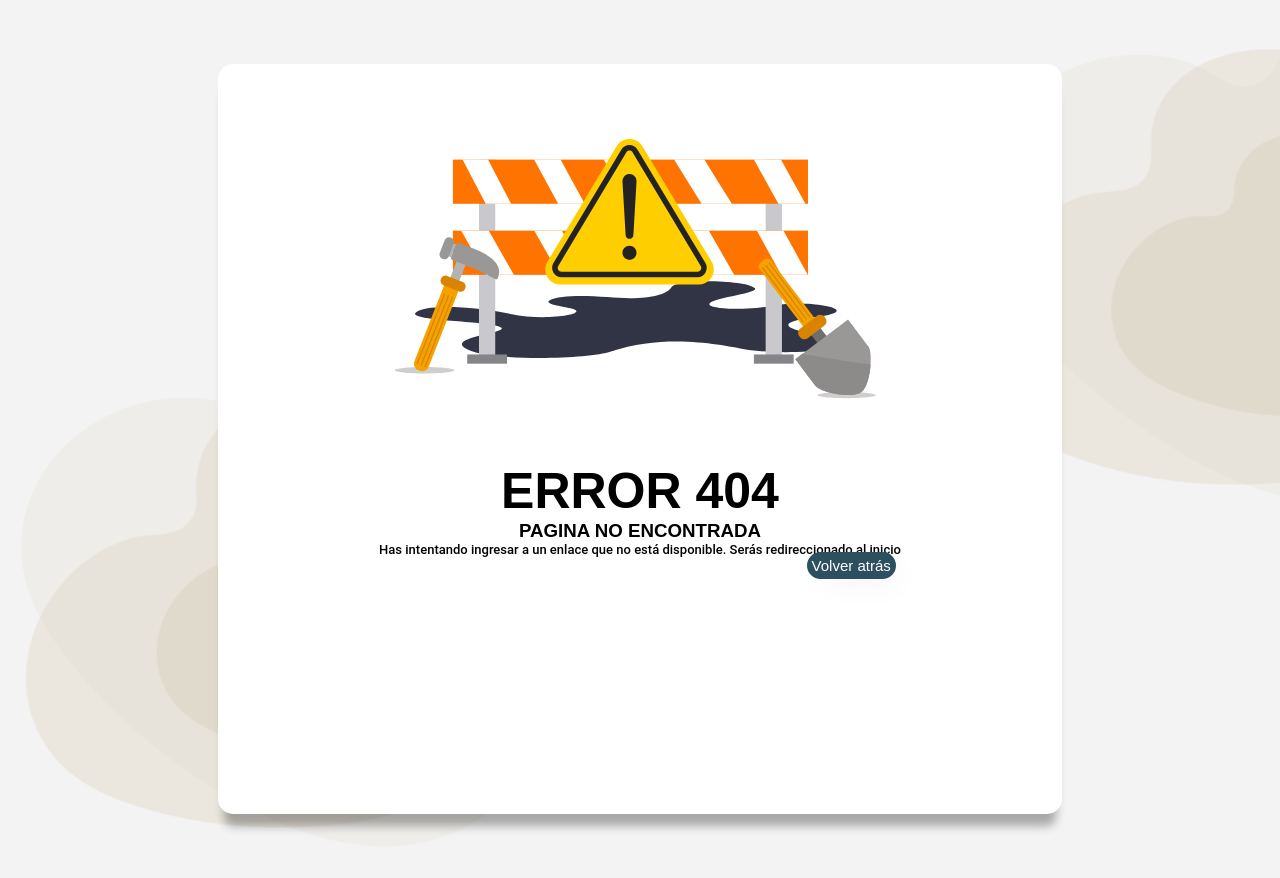
Repository: AlejandraBarrachina23/TPIntegrador_Barrachina_Java
Page: http://localhost/Alejandra_Barrachina_TP_Integrador1/error404.jsp
These files come from the project's save history. The page is drawn as it stood at one moment and after the next save; the edit follows.
The browser window is 1280 px wide. The pictures show the whole page.
Some web libraries are served in a nearby version. The page is served by Tomcat 9. Nobody is signed in. The application's start-up code is not run. Other server files are loaded and not shown.

Above is the page before, as saved 2019-12-04 22:20:01.

### Alejandra_Barrachina_TP_Integrador1/WebContent/error404.jsp

<%@ page language="java" contentType="text/html; charset=ISO-8859-1"
    pageEncoding="ISO-8859-1"%>
<!DOCTYPE html>
<html>
<head>
<meta charset="ISO-8859-1">

<script src="https://kit.fontawesome.com/735f5623c2.js" crossorigin="anonymous"></script>
<link href="estilos.css" type="text/css" rel=stylesheet>
</head>
<body>

<div id="error-404">
		<img src="img/404.svg" alt="icono-advertencia" class="">
		<h2>ERROR 404</h2>
		<h3>PAGINA NO ENCONTRADA</h3>
		<p>Has intentando ingresar a un enlace que no está disponible. Serás redireccionado al inicio</p>
		<a href="javascript:window.history.back();"> Volver atrás</a>
</div>

<script>



</script>
</body>
</html>

### Alejandra_Barrachina_TP_Integrador1/WebContent/estilos.css
@charset "ISO-8859-1";


* {
	padding:0px;
	margin:0px;
	border:0px;
}

body {
		background-color:#f3f3f3;
		background-image: url(iconos/fondo.png);
		background-repeat: no-repeat;
 		background-size: cover;

}


/*=============================================================
      FORMULARIO LOGIN
 ============================================================== */

 #error-404 {

 	background-color:#fff;
 	width:65;
 	height:750px;;
 	margin	: 5% 17%;
 	box-shadow: 0px 18px 10px -6px rgba(0,0,0,0.31);
 	text-align:center;
 	font-family: 'Francois One', sans-serif;
 	border-radius: 15px;

 }

 #error-404 a{
 	background-color: #2C5060;
	color:white;
	width:35%;
	font-size:15px;
	border-style:none;
	padding:5px;
	border-radius: 15px;
	border: 0px solid #000000;
	box-shadow: 10px 10px 25px -13px rgba(0,0,0,0.75);
	font-family: 'Oswald', sans-serif;
	margin-left: 50%;

 }

  #error-404 img {

  width:70%;

  }

  #error-404 h2 {

  font-size:50px;
  }

 #form-login {

	width:65%;
 	margin	: 5% 17%;

}

#form-login-right, #form-login-left {


	height:750px;
	float:left;
	background-color:#F9FBFC;

}

#form-login-left {

	width:65%;
	border-top-left-radius: 20px;
	border-bottom-left-radius: 20px;
	box-shadow: 0px 18px 10px -6px rgba(0,0,0,0.31);
	opacity:0.9;
}

#form-login-left img {

	width:90%;
	padding	: 10% 5%;

}

#form-login-right {

	width:33%;
	border-top-right-radius: 20px;
	border-bottom-right-radius: 20px;
	box-shadow: 13px 14px 10px -6px rgba(0,0,0,0.31);
	opacity:0.8;

}


h1 {

		font-size:50px;
		font-family: 'Bebas Neue', cursive;
		color:#2C5060;
		margin-top:30%;
		text-align:center;
}

p, #form-login-right a {

	font-family: 'Roboto', sans-serif;
	font-weight: 500;
	font-size: 13px;
	color:black;
	text-align:center;
}

.text-box {

	border-bottom: 1px solid black;
	width:250px;
	text-align: center;
	margin-left:12%;
}

.text-box i {

	float:left;
	color: #2C5060;
	padding:7px;
}

#form-login-right [type="text"], #form-login-right [type="password"]{

	padding:5px;
	width:180px;
	border:none;
	outline:none;
	background-color:#FAFCFD;
	font-family: 'Oswald', sans-serif;

}

.main-button {

	background-color: #2C5060;
	color:white;
	width:35%;
	font-size:15px;
	border-style:none;
	padding:5px;
	border-radius: 15px;
	border: 0px solid #000000;
	box-shadow: 10px 10px 25px -13px rgba(0,0,0,0.75);
	font-family: 'Oswald', sans-serif;
	margin-left: 50%;

}

.main-button:hover {

	background-color: #1a6373;
}

.iconos-redes {

	width:5%;

}


#login-informacion {

	width:90%;
	padding:5%;

}


#login-informacion a{

	font-family: 'Oswald', sans-serif;
	font-size:15px;
	margin-left:48%;
}

#login-contacto{

	margin-top:50%;
	text-align:center;
}


#login-contacto p {

	font-size:18px;
	font-family: 'Oswald', sans-serif;

}

#login-recuperacion{

	padding-top:20%;
	text-align:center;

}

.restart-button{

	background-color: #2C5060;
	color:white;
	width:35%;
	font-size:15px;
	border-style:none;
	padding:5px;
	border-radius: 15px;
	border: 0px solid #000000;
	box-shadow: 10px 10px 25px -13px rgba(0,0,0,0.75);
	font-family: 'Oswald', sans-serif;

}

#form-advertencia {

	width:100%;
	text-align:center;
	margin-top:50%;
	color:#E16C78;
	font-family: 'Oswald', sans-serif;

}

.icono-advertencia{

	margin-top:15%;
	padding:2%;
	width:30%;
	margin: 0 auto;

}

#form-advertencia p {

	color:#E16C78;
	font-size: 15px;
}

.blue{

	color:#30A9E3;
}


 /*=======================
      FORMULARIO INDEX
 ========================= */

 .section-principal{

	float:left;
	height:1100px;
	width:90%;
	background-color:#f3f3f3;
	color:black;
	text-align:center;
	margin-left:10%;
}

.section-principal select {

	font-family: 'Oswald', sans-serif;
	border:1px solid black;
	margin:5px;
	padding:2px;
	color:black;
}

.section-principal input{

	width:15%;
	padding:5px;
	border:1px solid black;
	font-family: 'Oswald', sans-serif;
}

.section-principal label{

	font-size:18px;
	font-family: 'Oswald', sans-serif;

}

.section-principal a{

	color:black;

}


nav {

	background-color:#2C5060;
	font-family: 'Francois One', sans-serif;
	width:10%;
	height:950px;
	font-size:15px;
	float:left;
	position:fixed;

}

 ul {

	list-sytle: none;
	width:100%;
}

a {

	text-decoration:none;
	color:white;

}

li:hover {

	border-left: solid 4px #2896BC;
	background-color: #2F5866;
	transition: background-color 0.3s;
	transition: border 0.3s;

}

ul li {

	border-left: solid 4px #2C5060;
	font-family: 'Oswald', sans-serif;
	padding:15px;
	border-bottom: 1px solid #2D5C6D;


}

.icon{

	width:13%;
	padding-right:5px;

}


#icon-usuario{

	width:40%;
}

li .icon{

	float:left;

}


#user {

	width:100%;
	margin-top:40%;
	text-align:center;
	padding: 10% 0%;
	border-bottom: 1px solid #2D5C6D;

}

#user h2{

	color:#fff;

}

#user p, #header-user p {

	font-size:15px;
	color:#fff;
	padding:8px;
	font-family: 'Oswald', sans-serif;
}

 /*=======================
      FORMULARIO ALUMNOS
 ========================= */


#logo{

	width:30%;
	height:150px;
	border-bottom: 1px solid white;
	color:white;
	text-align:center;
	margin-top:30px;
}

#alumnos-principal {

	background-color:#fff;
	width:83%;
	margin-left: 200px;
	height:300px;
	box-shadow: 10px 10px 25px -13px rgba(0,0,0,0.75);

}

#form-agregar-usuario {

	background-color: white;
	width:95%;
	height:200px;
	margin:20px;
	padding:10px;
	box-shadow: 10px 10px 25px -13px rgba(0,0,0,0.75);
	display: none;


}

#form-listado-alumnos,#form-cursos,#form-listado-calificaciones {

	background-color: white;
	width:97%;
	height:970px;
	margin:20px;
	padding:10px;
	box-shadow: 10px 10px 25px -13px rgba(0,0,0,0.75);

}

#form-cursos{

	background-color:#f3f3f3;
	box-shadow: none;
}

#btn-flecha {

	background-image: url("iconos/flecha.png");
	background-repeat: no-repeat;
	width:25px;
	height:25px;
	background-color:#2C5060;
	border: 0;
	float:right;

}

.dato {

	float:left;
	margin: 10px;
	width:23%;


}

.dato input {

		width: 200px;
		background: #f3f3f3;
		font: inherit;
		box-shadow: 0 6px 10px 0 rgba(0, 0, 0 , .1);
		border: 0;
		outline: 0;
		padding: 8px;

}

.encabezados {

	background-color:#2C5060;
	color:white;
	padding:10px;
	margin:10px;
	font-family: 'Oswald', sans-serif;

}



h3 {

	display:inline;

}

label {

	color:#2C5060;
	font-family: 'Open Sans', sans-serif;
	font-weight: 600;
	font-size: 10px;
}

.flecha {

	float:right;
}

.content-table{

	border-collapse:collapse;
	margin:20px 10px;
	font-size:0.9em;
	width:99%;
	min-width:600px;
	box-shadow: 7px 9px 23px -13px rgba(0,0,0,0.93);
	font-family: 'Roboto', sans-serif;

}

.content-table-cursos{

	border-collapse:collapse;
	margin:20px 10px;
	font-size:0.9em;
	width:50%;
	min-width:600px;
	box-shadow: 7px 9px 23px -13px rgba(0,0,0,0.93);
	font-family: 'Roboto', sans-serif;
}

.content-table th, .content-table-cursos {

	background-color:#2C5060;
	color:white;
	font-weight: 600;
	padding:12px;



}

.content-table tr,
.content-table td {

	padding:5px 5px;

}

.content-table td {

	border-bottom: 1px solid #dddddd;

}

.content-table tr:nth-of-type(even) {

	background-color:#f3f3f3;

}

.content-table tr:last-of-type {

	border-bottom: 3px solid #2C5060;

}

.content-table-cursos .content-fileter{

	width:50%;

}

.content-filter {

	background-color:#f3f3f3;
	width:100%;
	text-align:center;
	padding:10px;


}

.pie-pagina{

	float:left;
	margin-top:20px;
	text-align:right;
	width:100%;
}

 /*=======================
      FORMULARIO ALUMNOS
 ========================= */

#section-index{

	float:left;
	height:900px;
	width:100%;
	margin:1px 1px;
	text-align:center;

}

#index-encabezado{

	background-color:#2C5060;
	text-align:center;
	height:295px;
	width:100%;

}

#section-index img {

	width:50%;

}

#index-descripcion {

	box-shadow: 10px 10px 25px -13px rgba(0,0,0,0.75);
	font-family: 'Roboto', sans-serif;
	background-color:#fff;
}


#index-descripcion-encabezado{

	text-align:center;
	background-color:#fff;

}

#index-descripcion-encabezado img{

	width:50%;

}

#index-descripcion-encabezado h2{

	font-size:50px;
	font-family: 'Francois One', sans-serif;
	color:#2C5060;

}

#index-descripcion-encabezado p{

	font-size:15px;
	font-family: 'Francois One', sans-serif;
	color:#2C5060;

}

#index-descripcion-contenido{

	text-align:center;
	height:430px;
	padding-left:220px;
}

#index-descripcion-contenido-profesores{


	height:430px;
	width:100%;


}

#index-descripcion-contenido-profesores .index-item-descripcion{

	width:18%;
	height:300px;
	float:left;
	margin-left:40%;

}

.index-item-descripcion {

	width:18%;
	height:300px;
	float:left;
	margin:30px;

}

.index-item-descripcion img {

	width:40%;
	padding:0% 20%;
	margin:0% 5%;
}

.index-item-descripcion h3 {

	font-size:25px;
	font-family: 'Oswald', sans-serif;

}

.index-item-descripcion p {

	font-size:15px;

}

.btn-index {

	padding:10px;
	margin:10px 38px;
	background-color: #2C5060;
	font-family: 'Oswald', sans-serif;
	font-size:20px;
	color:#fff;
	width:60%;
	box-shadow: 10px 10px 25px -13px rgba(0,0,0,0.75);
	float:left;
	text-align:center;

}

.modal-fondo {

	background: rgba(0,0,0,0.3);
	position:fixed;
	top:0;
	bottom:0;
	left:0;
	right:0;
	display:flex;
	align-items:center;
	justify-content:center;
	visibility:hidden;

}

.modal-fondo.active{

	visibility:visible;
}

.modal-contenido {

	background-color:#fff;
	box-shadow: 10px 10px 25px -13px rgba(0,0,0,0.75);
	width:20%;
	border: 3px solid #2C5060;
	padding-bottom: 15px;
}

.modal-contenido .btn-modal {

	width:30%;
	color:white;
	background-color: #2C5060;
	font-size:20px;
	padding:5px;
	margin:5px;

}

.modal-contenido [type="text"] {

	width:70%;
	font-size: 13px;
	margin-bottom:15px;

}

.modal-contenido h3 {

	font-size: 20px;
	font-family: 'Oswald', sans-serif;
	background-color:#2C5060;
	display:block;
	color:#fff;
	padding:8px;

}

.modal-contenido label {

	font-size: 15px;
	font-family: 'Roboto', sans-serif;
}

.modal-contenido select, .modal-contenido [type="date"], .modal-contenido [type="email"], .modal-contenido [type="number"] {

	font-family: 'Oswald', sans-serif;
	border:1px solid black;
	margin:5px;
	padding:2px;
	width:74%;
	padding:1%;
	color:black;

}

.modal-contenido [type="date"], .modal-contenido [type="email"], .modal-contenido [type="number"]{

	width:71%;

}

.opciones {

	color:black;
	background-color:#fff;

}

.btnFormulario {

	width:12%;
	padding:10px;
	font-size: 15px;
	font-family: 'Oswald', sans-serif;
	border-radius: 8px;
	background-color:#2C5060;
	color:white;
	float:right;
	border:0;
	margin:8px;
}

td .btn-modificar {

	width:22%;
	height:32px;
	background-image:url(iconos/modificar.png);
	background-repeat: no-repeat;
	border:none;
	background-color:inherit;
}

td .btn-eliminar {

	width:22%;
	height:32px;
	background-image:url(iconos/borrar.png);
	background-repeat: no-repeat;
	border:none;
	background-color:inherit;

}

td .btn-mostrar {

	width:12%;
	height:32px;
	background-color:blue;
	background-image:url(iconos/mostrar.png);
	background-repeat: no-repeat;
	border:none;
	background-color:inherit;
}

td .btn-calificaciones {

	width:12%;
	height:32px;
	background-image:url(iconos/notas.png);
	background-repeat: no-repeat;
	border:none;
	background-color:inherit;
}

/*=============================================================
      FORMULARIO CURSOS
 ============================================================== */

#form-curso-izquierda{

	background-color: #fff;
	width:38%;
	float:left;
	color:black;
	padding:0px 5%;
	box-shadow: 10px 10px 25px -13px rgba(0,0,0,0.75);
}

#form-curso-derecha{

	width:38%;
	float:left;
	box-shadow: 10px 10px 25px -13px rgba(0,0,0,0.75);
	padding:5px 5%;
	margin-left:2%;
	background-color:#fff;

}

#form-curso-izquierda [type="text"], #form-curso-izquierda select{

	padding:5px;
	width:180px;
	background-color:#FAFCFD;
	font-family: 'Roboto', sans-serif;
	font-size: 12px;
	color:black;

}

#form-curso-izquierda label {

	font-size:18px;
	display: block;
	witdh:20px;
}

.form-cursos-encabezado-izquierda{

	background-color: #2C5060;
	width:100%;
	margin: 20px 0px;
	padding:1px;


}

.form-cursos-encabezado-izquierda h2{

	color:white;
	padding:2px;
	font-family: 'Oswald', sans-serif;
}

#form-curso-derecha #listado-alumnos {

	text-align:center;
	width:100%;

}

#form-curso-derecha #listado-alumnos li {

	font-size:15px;
	padding:0;
	width:20%;
	border:none;
	background-color:none;
	margin-left:40%;
	list-style: none;



}

#form-curso-derecha #listado-alumnos li:hover {

	background-color:white;
}

/*=============================================================
      FORMULARIO CALIFICACIONES
 ============================================================== */

.busqueda-califaciones{

	width:98%;
	margin:1%;
	box-shadow: 0px 18px 10px -6px rgba(0,0,0,0.31);
	background-color:#fff;
	padding-bottom:2%;

}

.busqueda-califaciones h2{

	width:99%;
	background-color:blue;
	color:#fff;
	background-color:#2C5060;
	font-family: 'Oswald', sans-serif;
	padding:0.5%;
	margin-bottom:1%;

}

#form-listado-calificaciones h2{

	color:#fff;
	background-color:#2C5060;
	font-family: 'Oswald', sans-serif;
	width:99%;
	padding:0.5%;

}


/*=============================================================
      FORMULARIO REPORTES
 ============================================================== */


#form-reportes{

	background-color: #f3f3f3;
	width:97%;
	height:970px;
	margin:20px;
	padding:10px;

}

#form-reportes-fila-uno{

	width:85%;
	height:250px;
	padding-left: 15%;

}

.fila-uno-items{

	width:15%;
	height:190px;
	float:left;
	margin:1%;
	box-shadow: 0px 18px 10px -6px rgba(0,0,0,0.31);
	background-color:#fff;
	padding:1%;
	border-radius:10px;

}

.fila-uno-items img {

	width:40%;
	padding:3%;


}

.fila-uno-items h2 {

	font-family: 'Oswald', sans-serif;
	font-size:20px;

}

.fila-uno-items p {

	font-size:25px;
	font-family: 'Francois One', sans-serif;
	color:#2C5060;

}

.fila-uno-items-pie{

	padding:2%;
	margin-left:25%;
}

.fila-uno-items-pie img {

	width:12%;
	float:left;
}


.fila-uno-items-pie p {

	font-size:20px;
	float:left;

}

#form-reportes-fila-dos{

	width:100%;
	margin-top:3%;
	height:500px;


}

.form-reportes-graficos{

	width:25%;
	background-color:#fff;
	float:left;
	box-shadow: 0px 18px 10px -6px rgba(0,0,0,0.31);
	margin:3% 1%;
	padding:3%;
	border-radius:5px;
}

.form-reportes-graficos h3 {

	font-family: 'Oswald', sans-serif;
	margin:5%;
}

#form-reportes-fila-dos h2, #form-reportes-fila-tres h2{

	font-family: 'Oswald', sans-serif;
	background-color:#2C5060;
	color:white;
	width:99.5%;
	padding:0.5%;

}

.fila-uno-items-pie{

	border-top: 1px solid #f3f3f3;

}

#form-reportes-fila-tres {

	width:100%;
	heigth:300px;

}

.reporte-fila-tres-promedio{

	width:39%;
	float:left;
	text-align:center;
	margin:0.5%;
	background-color:#fff;
	box-shadow: 0px 18px 10px -6px rgba(0,0,0,0.31);
	padding:0.5% 5%;

}

.reporte-fila-tres-promedio h3{

	font-family: 'Oswald', sans-serif;
}

#form-reportes-fila-tres .content-table {

	width:100%;
	float:left;
	padding:20px;
	margin:3% 6%;

}

.resultado-busqueda{

	width:98%;
	heigth:500px;
	background-color:#fff;
	overflow:hidden;
	margin-left:1%;
}

.resultado-busqueda-asistencias{

	width:98%;
	heigth:500px;
	overflow:hidden;
	margin-left:1%;

}

.tabla-resultado-busqueda{

	width:60%;
	float:left;
	margin: 1% 20%;

}

.resultado-busqueda-asistencias .tabla-resultado-busqueda{

	width:30%;
	float:left;
	margin: 1% 20%;
}


.titulos {

	background-color:#2C5060;
	color:#fff;
	padding:0.5%;
	font-family: 'Oswald', sans-serif;

}

.form-reportes-graficos-asistencias{

	width:30%;
}


.form-reportes-graficos-asistencias h3{

	font-family: 'Oswald', sans-serif;
}

.resultado-busqueda-asistencias .graficos-resultado-busqueda .form-reportes-graficos-asistencias{

	margin-left:35%;
	margin-top:1%;
}

.resultado-busqueda-asistencias .tabla-resultado-busqueda{

	margin-left:32%;
	margin-top:1%;
}

Loaded but not shown: Alejandra_Barrachina_TP_Integrador1/WebContent/img/404.svg (5837 lines, source omitted)

After the next save:
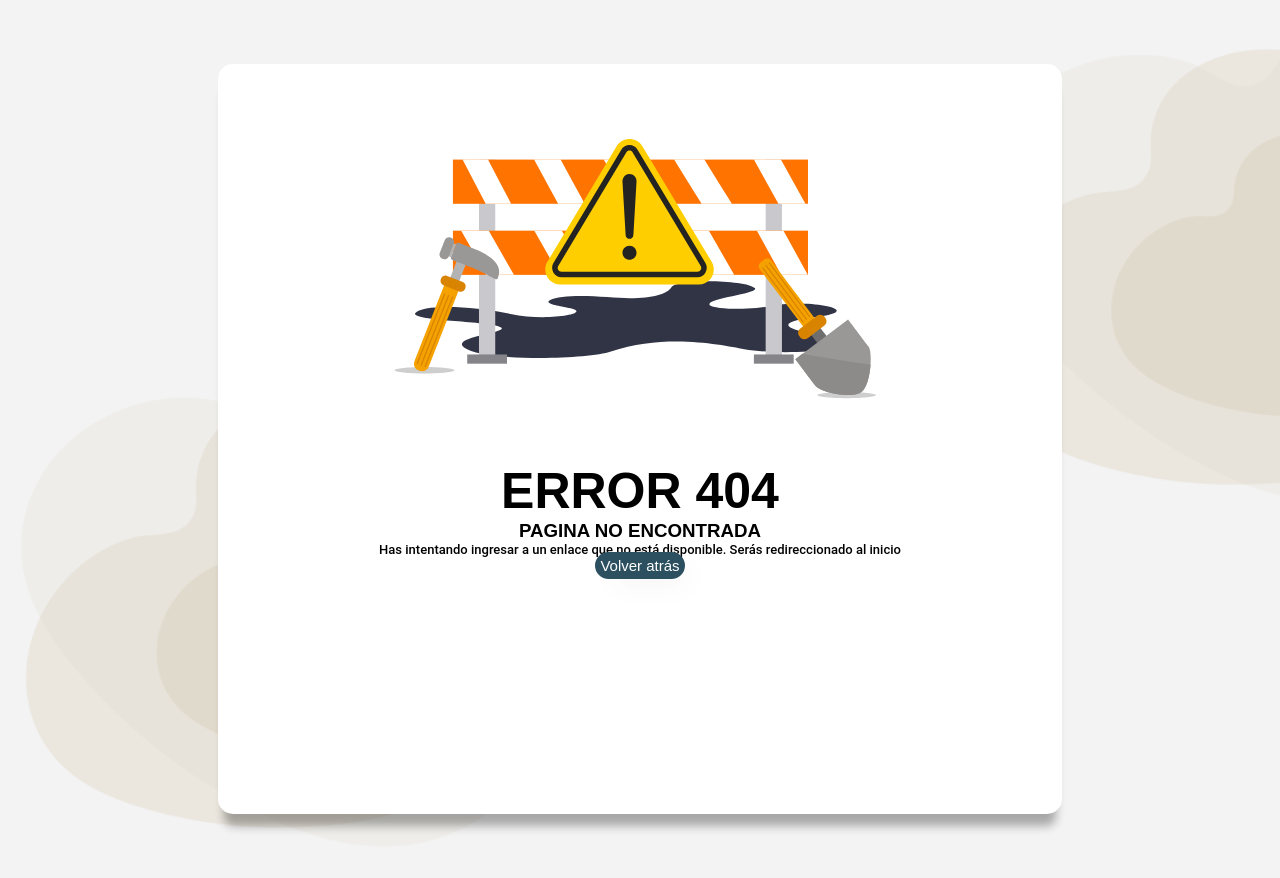
Saved 29 s later.
--- a/Alejandra_Barrachina_TP_Integrador1/WebContent/estilos.css
+++ b/Alejandra_Barrachina_TP_Integrador1/WebContent/estilos.css
@@ -43,8 +43,6 @@ body {
 	border-radius: 15px;
 	border: 0px solid #000000;
 	box-shadow: 10px 10px 25px -13px rgba(0,0,0,0.75);
-	font-family: 'Oswald', sans-serif;
-	margin-left: 50%;
 
  }
 
